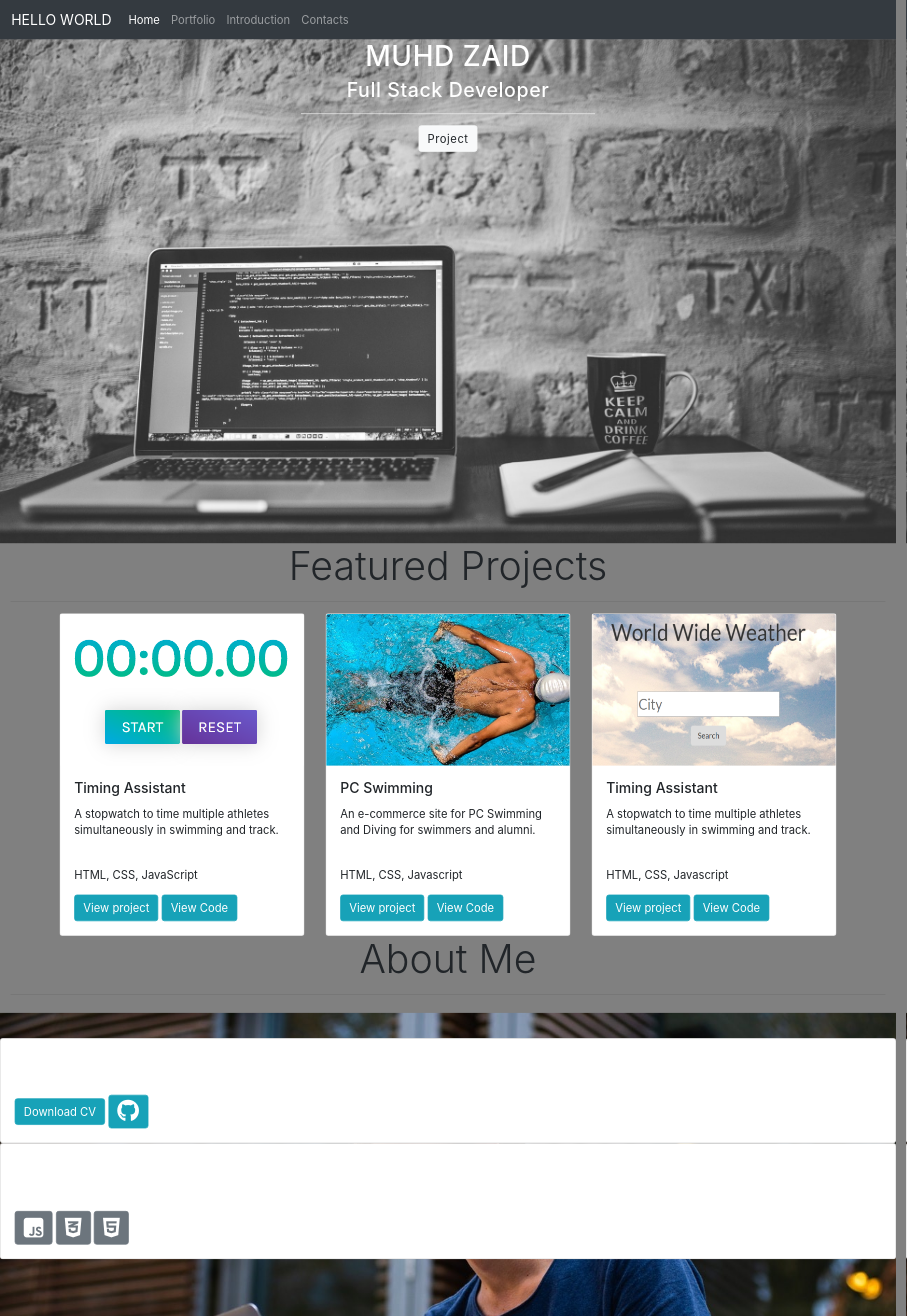
Repository: Code-Institute-Submissions/Zaidcoll-Project1
Page: index.html
The author's editor kept a record of every edit. The page is drawn from the files as they stood at one moment, then again after the next edit.
The browser window is 1280 px wide. The page is 1295 px wide, so the pictures cover 1295 px, including what lies to the right of the window. The pictures show the part of the page from y = 0 to 1880 px (the page is 2611 px tall before and 2640 px after), at 70% of full size.
Some web libraries are served in a nearby version.

Above is the page before.

### index.html
<!doctype html>
<html lang="en">
  <head>
    <meta charset="utf-8">
    <meta name="viewport" content="width=device-width, initial-scale=1, shrink-to-fit=no">
    <link rel="stylesheet" href="https://stackpath.bootstrapcdn.com/bootstrap/4.3.1/css/bootstrap.min.css" integrity="sha384-ggOyR0iXCbMQv3Xipma34MD+dH/1fQ784/j6cY/iJTQUOhcWr7x9JvoRxT2MZw1T" crossorigin="anonymous">
    <link rel="stylesheet" href='style.css'>
    <title>Resume</title>
  </head>

  <body>
    <nav class="navbar navbar-expand-lg navbar-dark bg-dark">
		<a class="navbar-brand" href="#">HELLO WORLD</a>
      <button class="navbar-toggler" type="button" data-toggle="collapse" data-target="#navbarSupportedContent" aria-controls="navbarSupportedContent" aria-expanded="false" aria-label="Toggle navigation">
        <span class="navbar-toggler-icon"></span>
      </button>

    <div class="collapse navbar-collapse" id="navbarSupportedContent">
      <ul class="navbar-nav mr-auto">
        <li class="nav-item active">
          <a class="nav-link" href="#home">Home <span class="sr-only">(current)</span></a>
          <li> <a class="nav-link" href="#portfolio">Portfolio</a></li>
          <li>  <a class="nav-link" href="#about">Introduction</a></li>
          <li>  <a class="nav-link" href="#contacts">Contacts</a></li>
        </li>
      </ul>
    </div>
  </nav>

  <div class ='container-fullwidth'>
  <a name = 'home'>
    <div class = 'hero'>
      <div class = hero-text >
        <div class = 'row'>
          <div class = 'col-12'>
            <h1>MUHD ZAID </h1>
            <h3>Full Stack Developer</h3>
            <hr id = 'hr-1'>
            <a href="#portfolio" class="btn btn-light">Project</a>
          </div>
        </div>
    </div>
  </div>

  <div class = 'container-fluid'>
    <div class = 'row text-center'>
      <div class = 'col-12'>
        <a name = 'portfolio'>
        <h1 class = 'display-4 title-style'>Featured Projects </h1>
        <hr>
      </div>
    </div>
  </div>

  <div class = 'container'>
    <div class = 'row align-text'>
      <div class = 'col-md-4'>
        <div class = 'card'>
          <a href='https://timing-assistant.herokuapp.com' target='_blank'>
            <img class="card-img-top" src="images/image-1.PNG" alt="Timewatch">
          </a>
          <div class="card-body">
            <h5 class="card-title">Timing Assistant</h5>
            <p class="card-text">A stopwatch to time multiple athletes simultaneously in swimming and track.</p> </br> <p class = 'card-style'>HTML, CSS, JavaScript</p>
            <a href="https://timing-assistant.herokuapp.com" class="btn btn-info" target='_blank'>View project</a>
            <a href="https://github.com/hschafer2017/Sports-Multi-timer-Assistant" class="btn btn-info" target='_blank'>View Code</a>
          </div>
        </div>
      </div>

      <div class = 'col-md-4'>
        <div class = 'card card-2'>
          <a href ='https://pcswimming-project.herokuapp.com'target='_blank'>
          <img class="card-img-top" src="images/image-2.jpg" alt="Swimmer">
          </a>
          <div class="card-body">
            <h5 class="card-title">PC Swimming</h5>
            <p class="card-text">An e-commerce site for PC Swimming and Diving for swimmers and alumni.</p> </br> <p class = 'card-style'>HTML, CSS, Javascript</p>
            <a href="https://pcswimming-project.herokuapp.com" class="btn btn-info"target='_blank'>View project</a>
            <a href="https://github.com/hschafer2017/PCSwimming" class="btn btn-info"target='_blank'>View Code</a>
          </div>
        </div>
      </div>

      <div class = 'col-md-4'>
        <div class = 'card card-3'>
        <a href ='https://hschafer2017.github.io/Weather-Search-API/'target='_blank'>
          <img class="card-img-top" src="images/image-3.PNG" alt="Weather">
        </a>
          <div class="card-body">
            <h5 class="card-title">Timing Assistant</h5>
            <p class="card-text">A stopwatch to time multiple athletes simultaneously in swimming and track.</p> </br> <p class = 'card-style'>HTML, CSS, Javascript</p>
            <a href="https://hschafer2017.github.io/Weather-Search-API/" class="btn btn-info" target='_blank'>View project</a>
            <a href="https://github.com/hschafer2017/Weather-Search-API" class="btn btn-info" target='_blank'>View Code</a>
          </div>
        </div>
      </div>
    </div>
  </div>

  <div class = 'container-fluid'>
    <div class = 'row text-center'>
      <div class = 'col-12'>
        <a name='about'>
        <h1 class = 'display-4 title-style about'>About Me</h1>
        <hr>
      </div>
    </div>
  </div>

  <div class = 'container-fullwidth'>
    <div class = 'hero-2'>
      <div class="card"id ='about-me'>
          <div class="card-body">
            <h5 class="card-title">Hello!</h5>
            <p class="card-text">Aspiring web developer, strong interest in technology and keen to experiment and explore for a better future!</p>
              <a href="https://www.pdfhost.net/index.php?Action=DownloadFile&id=930bccb3a2eb86f6e923270a78e95043" class="btn btn-info">Download CV</a>
              <a class="btn btn-info" href="https://github.com/Zaidcoll/Project1" target='_blank'data-placement="bottom" title="Github"><i class="fab fa-github fa-2x "></i></a>
          </div>
      </div>
      <div class = 'card' id = 'skills'>
        <div class = 'card-body'>
          <h5 class="card-title">Skills</h5>
            <p class="card-text">Investing in the future by learning new technologies!</p>
            <button type="button" class="btn btn-secondary" data-toggle="tooltip" data-placement="bottom" title="JavaScript"><i class="fab fa-js-square fa-2x "></i>
            </button>

            <button type="button" class="btn btn-secondary" data-toggle="tooltip" data-placement="bottom" title="CSS"><i class="fab fa-css3-alt fa-2x "></i>
            </button>

            <button type="button" class="btn btn-secondary" data-toggle="tooltip" data-placement="bottom" title="HTML"><i class="fab fa-html5 fa-2x "></i>
            </button>

          </div>
        </div>
      </div>
    </div>
  </div>



  <div class = 'container-fluid'>
    <div class = 'row text-center'>
      <div class = 'col-12'>
        <a name='contacts'>
        <h1 class = 'display-4 title-style'>Let's Connect</h1>
        <hr>
      </div>
    </div>
  </div>



<div class = 'container'>
  <div class = 'row'>
    <div class = 'col-md-6'>
      <div class="card">
      <div class="card-body">
        <h3 class="card-title"><i class="fas fa-address-book mr-3 "></i>Contact Me</h3>
        <hr>
          <p class="card-text"><i class="fas fa-phone-square fa-2x mr-2"></i>Phone:+65 94292833</p>
          <p class="card-text"><i class="fas fa-envelope fa-2x mr-2"></i>Email: Muhdzaid1995@gmail.com</p>
          <p class="card-text"><i class="fas fa-street-view fa-2x mr-2"></i>Location: Singapore</p>
          <p> <a class="btn btn-info" href="https://github.com/Zaidcoll/Project1" target='_blank'data-placement="bottom" title="Github"><i class="fab fa-github fa-2x "></i></a> <a class="btn btn-info" href="https://www.linkedin.com/login" target='_blank' data-placement="bottom" title="Linkedin"><i class="fab fa-linkedin fa-2x "></i></a><a class="btn btn-info" href="https://twitter.com/LinkedIn?ref_src=twsrc%5Egoogle%7Ctwcamp%5Eserp%7Ctwgr%5Eauthor" target='_blank'data-placement="bottom" title="Twitter"><i class="fab fa-twitter-square fa-2x "></i></a></p>
      </div>
    </div>
    </div>
    <div class = 'col-md-6'>
      <form>
        <div class="form-group">
          <label for="exampleFormControlInput1">Full Name:</label>
          <input type="text" class="form-control" id="exampleFormControlInput1" placeholder="John Smith">
        </div>
        <div class="form-group">
          <label for="exampleFormControlInput1">Email Address:</label>
          <input type="email" class="form-control" id="exampleFormControlInput1" placeholder="youremail@example.com">
        </div>
        <div class="form-group">
          <label for="exampleFormControlTextarea1">Comments:</label>
          <textarea class="form-control" id="exampleFormControlTextarea1" rows="3"></textarea>
        </div>
        <button class="btn btn-primary" type="submit">Send</button>
      </form>
    </div>
  </div>
</div>

    <script src="https://kit.fontawesome.com/ce1f594b7c.js"></script>
    <script src="https://code.jquery.com/jquery-3.3.1.slim.min.js" integrity="sha384-q8i/X+965DzO0rT7abK41JStQIAqVgRVzpbzo5smXKp4YfRvH+8abtTE1Pi6jizo" crossorigin="anonymous"></script>
    <script src="https://cdnjs.cloudflare.com/ajax/libs/popper.js/1.14.7/umd/popper.min.js" integrity="sha384-UO2eT0CpHqdSJQ6hJty5KVphtPhzWj9WO1clHTMGa3JDZwrnQq4sF86dIHNDz0W1" crossorigin="anonymous"></script>
    <script src="https://stackpath.bootstrapcdn.com/bootstrap/4.3.1/js/bootstrap.min.js" integrity="sha384-JjSmVgyd0p3pXB1rRibZUAYoIIy6OrQ6VrjIEaFf/nJGzIxFDsf4x0xIM+B07jRM" crossorigin="anonymous"></script>
  </body>
</html>

### style.css
body{
    background-color:grey;
}

.hero{
  color:rgb(255, 255, 255);
  background-image:url(images/hero-image.jpg);
  height:100vh;
  background-size:cover;
  padding-bottom:10vh;
}

.hero-text{
  letter-spacing:0.8px;
  font-size:150%;
  text-align: center;
}
#hr-1{
  background:white;
  width:420px;
}

.hero-2{
  margin-top:10px;
  color:white;
  background-image:url(images/about.jpg);
  height:100vh;
  background-size:cover;
  padding-top:5vh;
}

After the next edit:
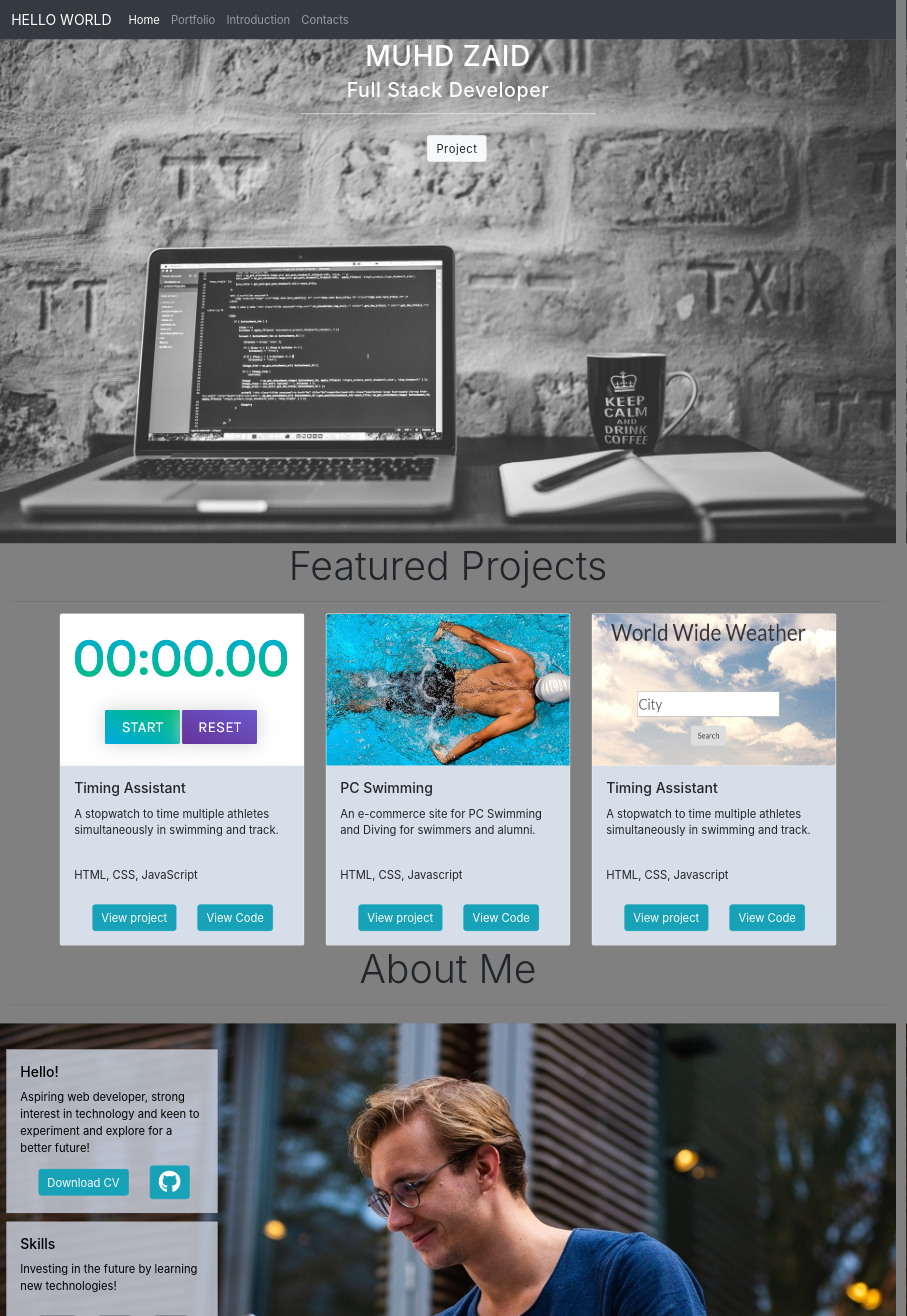
The edit:
--- a/style.css
+++ b/style.css
@@ -28,3 +28,27 @@
   background-size:cover;
   padding-top:5vh;
 }
+
+#about-me{
+width: 19rem;
+margin-left:8px;
+color:black;
+background:rgba(173, 5, 5, 0.1);
+}
+#skills{
+width:19rem;
+height:12rem;
+margin-top:10px;
+margin-left:8px;
+color:black;
+background:rgba(173, 5, 5, 0.1);
+}
+
+.btn{
+  margin-top: 2vh;
+  margin-left: 2vw;
+}
+
+.card-body{
+  background-color:rgba(204, 216, 228, 0.801);
+}
